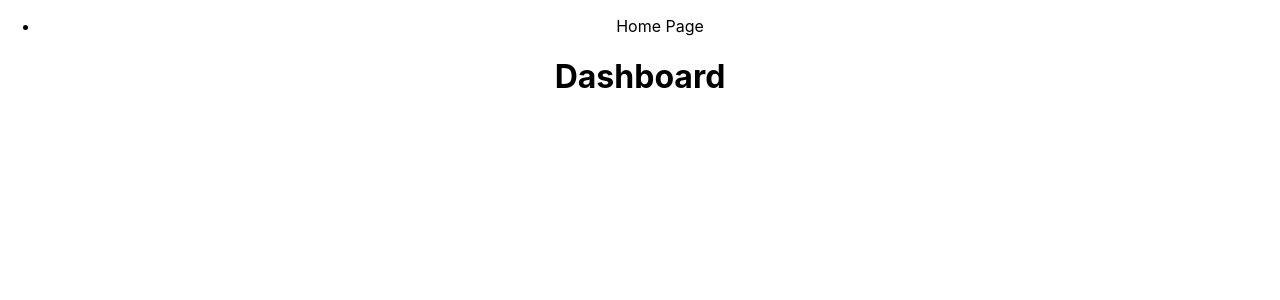
Repository: ItsMoloy/React-Ecommerce
Page: /
An editor plug-in stored every save of this project. The page is shown before and after a run of saves, followed by the edit.
The browser window is 1280 px wide. The pictures show the whole page.
The project was rebuilt for these pictures with package versions that can differ from the ones it lists, and the page was loaded fresh each time.

Above is the page before, as saved 2025-05-18 03:14:42.

After the next 3 saves:
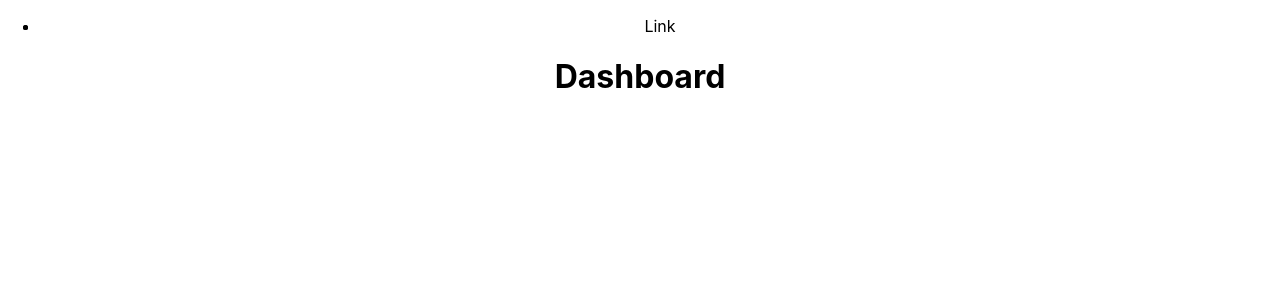
The 3 saves are shown as one change because they came seconds apart.
The last was saved 12 s later.
--- a/src/Nav.js
+++ b/src/Nav.js
@@ -6,7 +6,7 @@ const Nav = () => {
         <div>
             <ul>
                 <li>
-                    Home Page
+                   <li>Link</li>
                 </li>
             </ul>
         </div>
